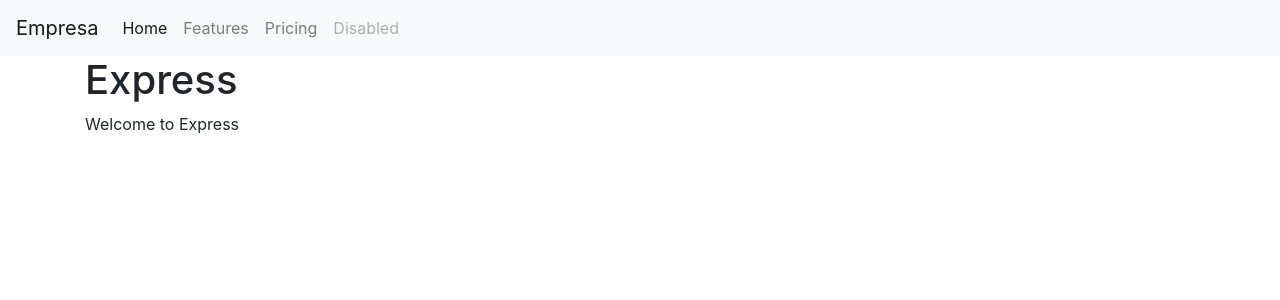
Repository: Ciromont/sitioweb-nodejs
Page: http://localhost/
An editor plug-in stored every save of this project. The page is shown before and after the next save, followed by the edit.
The browser window is 1280 px wide. The pictures show the whole page.
The page is served by the project's Node server (app.js). Other server files are loaded and not shown.

Above is the page before, as saved 2022-11-13 16:43:57.

### views/index.ejs
<!DOCTYPE html>
<html>
  <head>
    <title><%= title %></title>

    <link rel="stylesheet" href="https://cdn.jsdelivr.net/npm/bootstrap@4.5.3/dist/css/bootstrap.min.css">
    <!-- <link rel='stylesheet' href='/stylesheets/style.css' /> -->
  </head>
  <body>

    <nav class="navbar navbar-expand-lg navbar-light bg-light">
      <a class="navbar-brand" href="#">Empresa</a>
      <button class="navbar-toggler" type="button" data-toggle="collapse" data-target="#navbarNavAltMarkup" aria-controls="navbarNavAltMarkup" aria-expanded="false" aria-label="Toggle navigation">
        <span class="navbar-toggler-icon"></span>
      </button>
      <div class="collapse navbar-collapse" id="navbarNavAltMarkup">
        <div class="navbar-nav">
          <a class="nav-link active" href="#">Home <span class="sr-only">(current)</span></a>
          <a class="nav-link" href="#">Features</a>
          <a class="nav-link" href="#">Pricing</a>
          <a class="nav-link disabled" href="#" tabindex="-1" aria-disabled="true">Disabled</a>
        </div>
      </div>
    </nav>

    <div class="container">

    <h1><%= title %></h1>
    <p>Welcome to <%= title %></p>

    </div>
  </body>
</html>

### app.js
var createError = require('http-errors');
var express = require('express');
var path = require('path');
var cookieParser = require('cookie-parser');
var logger = require('morgan');

var indexRouter = require('./routes/index');
var usersRouter = require('./routes/users');

var app = express();

// view engine setup
app.set('views', path.join(__dirname, 'views'));
app.set('view engine', 'ejs');

app.use(logger('dev'));
app.use(express.json());
app.use(express.urlencoded({ extended: false }));
app.use(cookieParser());
app.use(express.static(path.join(__dirname, 'public')));

app.use('/', indexRouter);
app.use('/users', usersRouter);

// catch 404 and forward to error handler
app.use(function(req, res, next) {
  next(createError(404));
});

// error handler
app.use(function(err, req, res, next) {
  // set locals, only providing error in development
  res.locals.message = err.message;
  res.locals.error = req.app.get('env') === 'development' ? err : {};

  // render the error page
  res.status(err.status || 500);
  res.render('error');
});

module.exports = app;

Loaded but not shown: routes/index.js (common file)

After the next save:
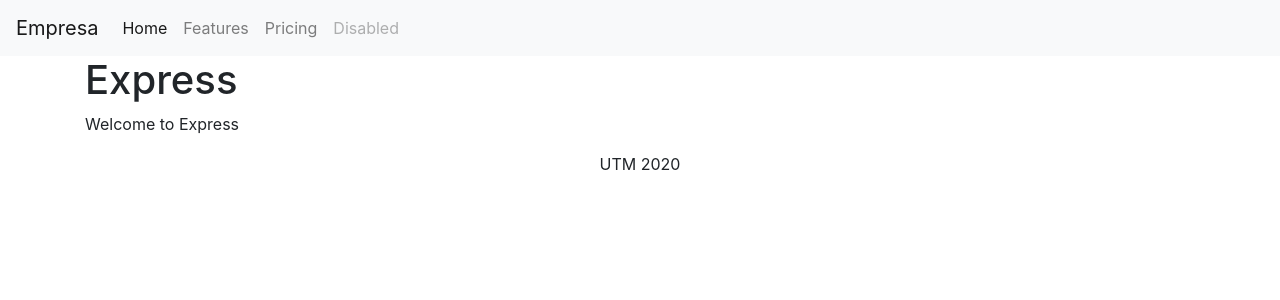
Saved 2 min 36 s later.
--- a/views/index.ejs
+++ b/views/index.ejs
@@ -29,5 +29,9 @@
     <p>Welcome to <%= title %></p>
 
     </div>
+
+    <footer class="text-center">UTM 2020</footer>
+
+
   </body>
 </html>
